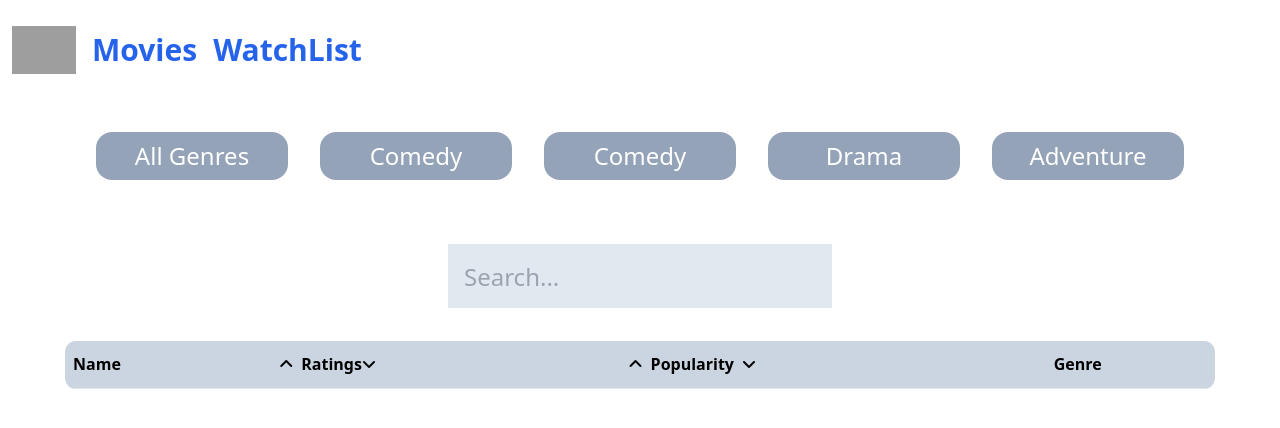
Repository: Aakash20bhatt/LearnReact
Page: /watchlist (app in moviesApp/)
These files come from the project's save history. The page is drawn as it stood at one moment and after the next save; the edit follows.
The browser window is 1280 px wide. The pictures show the whole page.
Pictures or frames that could not be fetched are drawn as grey boxes. Some web libraries are served in a nearby version. The project was rebuilt for these pictures with package versions that can differ from the ones it lists, and the page was loaded fresh each time. Also part of the build but not shown: moviesApp/vite.config.js, moviesApp/src/App.css, moviesApp/src/Components/Banner.jsx, moviesApp/src/Components/MovieCard.jsx, moviesApp/src/Components/Pagination.jsx, moviesApp/src/Components/Movies.jsx.

Above is the page before, as saved 2024-08-07 22:11:06.

### moviesApp/index.html
<!doctype html>
<html lang="en">
  <head>
    <meta charset="UTF-8" />
    <link rel="icon" type="image/svg+xml" href="/vite.svg" />
    <meta name="viewport" content="width=device-width, initial-scale=1.0" />
    <title>Movies recommendation</title>
    <link rel="stylesheet" href="https://cdnjs.cloudflare.com/ajax/libs/font-awesome/6.6.0/css/all.min.css" integrity="sha512-Kc323vGBEqzTmouAECnVceyQqyqdsSiqLQISBL29aUW4U/M7pSPA/gEUZQqv1cwx4OnYxTxve5UMg5GT6L4JJg==" crossorigin="anonymous" referrerpolicy="no-referrer" />
  </head>
  <body>
    <div id="root"></div>
    <script type="module" src="/src/main.jsx"></script>
  </body>
</html>

### moviesApp/src/App.jsx
import { useState } from 'react'

import './App.css'
import Watchlist from './Components/Watchlist'
import Navbar from './Components/Navbar'
import Banner from './Components/Banner'
import Movies from './Components/Movies'
import Pagination from './Components/Pagination'
import { BrowserRouter, Routes, Route } from 'react-router-dom'

function App() {
  const [watchList,setWatchList] = useState(
    JSON.parse(localStorage.getItem('watchList'))||[]
  );

  const addToWatchList = (movieToAdd)=>{
    const newWatchList = [...watchList,movieToAdd]
    setWatchList(newWatchList);
  }

  const removeFromWatchList = (movieToRemove)=>{
      const filteredWatchList = watchList.filter((movieObj) => movieObj.id !== movieToRemove.id);
      setWatchList(filteredWatchList);
  }

  return (
    <BrowserRouter>
      <Navbar/>
      <Routes>
        <Route path='/' element={
          <>
            <Banner/>
            <Movies
            watchList={watchList}
            addToWatchList={addToWatchList}
            removeFromWatchList={removeFromWatchList}
            />
          </>
        }></Route>

        <Route path='/watchlist' element={
          <Watchlist
          movies={watchList}
          addToWatchList={addToWatchList}
          removeFromWatchList={removeFromWatchList}
          />
        }></Route>
      </Routes>
    </BrowserRouter>
  )
}

export default App

### moviesApp/src/index.css
@tailwind base;
@tailwind components;
@tailwind utilities;

*{
  margin: 0;
  padding:0;
  box-sizing: border-box;
}

### moviesApp/src/Components/Watchlist.jsx
import { BASE_URL } from "../utils/common";
import { GENRES_ID_MAPPING } from "../utils/common";

export default function Watchlist({movies,removeFromWatchList}){
    let genres = ["All Genres", "Comedy", "Comedy", "Drama","Adventure"];

    return(
        <div className="flex flex-col items-center justify-center">
            <div className="flex w-[90%] my-8 justify-evenly">
                {
                    genres.map((genre,index)=>{
                        return <div key={index} className="cursor-pointer text-2xl rounded-2xl text-white h-[3rem] w-[12rem] bg-slate-400 flex items-center justify-center">
                            {genre}
                        </div>
                    })
                }
            </div>
            <input placeholder="Search..." className="h-[4rem] p-4 w-[24rem] my-8 text-2xl bg-slate-200 outline-none" />
            <table className="rounded-xl border w-[90%] overflow-hidden">
                <thead className="bg-slate-300 h-12 rounded-lg">
                    <tr className="border-b-2 text-left">
                        <th className="p-2">Name</th>
                        <th>
                            <i className="fa-solid fa-angle-up mr-2"></i>
                            Ratings
                            <i className="fa-solid fa-angle-down mr-2"></i>
                        </th>
                        <th>
                            <i className="fa-solid fa-angle-up mr-2"></i>
                            Popularity
                            <i className="fa-solid fa-angle-down ml-2"></i>
                        </th>
                        <th>Genre</th>
                        <th></th>
                    </tr>
                </thead>
                <tbody>
                    {movies.map((movie)=>{
                        return (
                            <tr key={movie.id} className="border-2	hover:bg-slate-100">
                                <td className="flex m-4 gap-8 items-center">
                                    <img className="h-32 w-36 rounded-lg"
                                        src={BASE_URL + movie.backdrop_path}
                                        alt="poster" />
                                        {movie.title}
                                </td>
                                <td className="p-4">{movie.vote_average}</td>
                                <td className="p-4">{movie.popularity}</td>
                                <td className="p-4">{GENRES_ID_MAPPING[movie.genre_ids[0]]}</td>
                                <td onClick={()=>removeFromWatchList(movie)} className="text-rose-600 cursor-pointer p-4">
                                    <i className="fa-solid fa-trash"></i>
                                </td>
                            </tr>
                        )
                    })}
                </tbody>
            </table>
        </div>
    )
}

### moviesApp/src/Components/Navbar.jsx
import {Link} from 'react-router-dom'

export default function Navbar(){
    return(
        <div className="flex items-center pl-3 py-4">
            <img className="h-12 "src="https://cdn-icons-png.flaticon.com/512/2503/2503508.png" alt="" />
            <Link className="m-4 text-blue-600 text-3xl font-bold" to="/">Movies</Link>
            <Link className="text-blue-600 text-3xl font-bold" to="/watchlist" >WatchList</Link>
        </div>
    )
}

### moviesApp/src/utils/common.js
export const BASE_URL = "https://image.tmdb.org/t/p/original/"

export const GENRES_ID_MAPPING = {
    28: "Action",
    12: "Adventure",
    16: "Animation",
    35: "Comedy",
    80: "Crime",
    99: "Documentary",
    18: "Drama",
    10751: "Family",
    14: "Fantasy",
    36: "History",
    27: "Horror",
    10402: "Music",
    9648: "Mystery",
    10749: "Romance",
    878: "Science Fiction",
    10770: "TV Movie",
    53: "Thriller",
    10752: "War",
    37: "Western",
}

Loaded but not shown: moviesApp/src/main.jsx (common file); moviesApp/tailwind.config.js (common file)

After the next save:
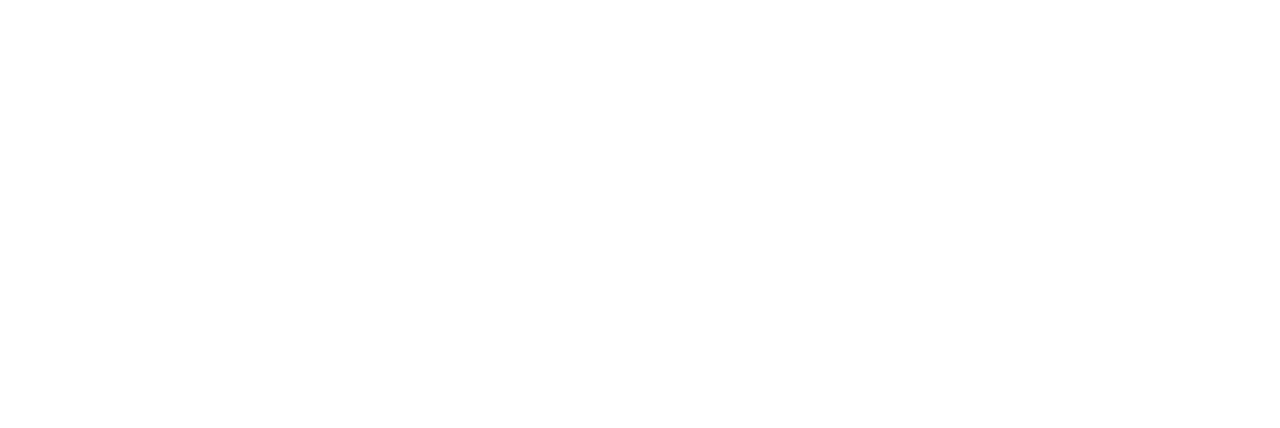
Console error: ReferenceError: useState is not defined
Saved 23 min 9 s later.
--- a/moviesApp/src/Components/Watchlist.jsx
+++ b/moviesApp/src/Components/Watchlist.jsx
@@ -1,8 +1,17 @@
+import { useEffect } from "react";
 import { BASE_URL } from "../utils/common";
 import { GENRES_ID_MAPPING } from "../utils/common";
 
 export default function Watchlist({movies,removeFromWatchList}){
-    let genres = ["All Genres", "Comedy", "Comedy", "Drama","Adventure"];
+    const [genres,setGenres] = useState(["All Genres"]);
+
+    useEffect(()=>{
+        const genreList = movies.map((movieObj)=>{
+            return GENRES_ID_MAPPING[[movieObj.genre_ids[0]]];
+        });
+        const uniqueGenreList = new Set(genreList);
+        setGenres("All Genres",...uniqueGenreList)
+    },[])
 
     return(
         <div className="flex flex-col items-center justify-center">

After the 5 saves that followed:
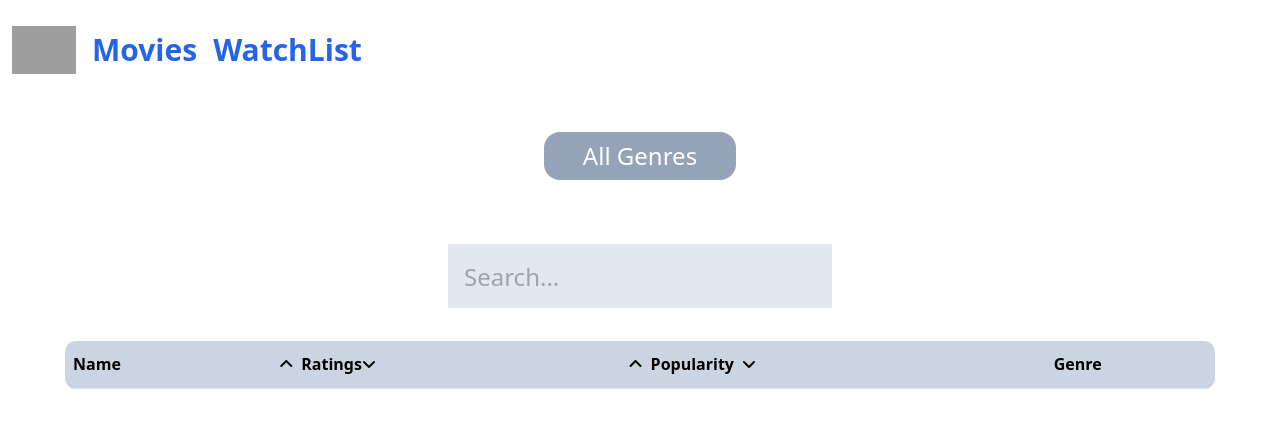
The error is gone.
The 5 saves are shown as one change because 4 left the picture as it was.
The last was saved 8 min 42 s later.
--- a/moviesApp/src/Components/Watchlist.jsx
+++ b/moviesApp/src/Components/Watchlist.jsx
@@ -1,17 +1,17 @@
-import { useEffect } from "react";
-import { BASE_URL } from "../utils/common";
-import { GENRES_ID_MAPPING } from "../utils/common";
+import { useEffect, useState } from "react";
+import {  } from "../utils/common";
+import { GENRES_ID_MAPPING, ALL_GENRES, BASE_URL } from "../utils/common";
 
 export default function Watchlist({movies,removeFromWatchList}){
-    const [genres,setGenres] = useState(["All Genres"]);
+    const [genres,setGenres] = useState([ALL_GENRES]);
 
     useEffect(()=>{
         const genreList = movies.map((movieObj)=>{
-            return GENRES_ID_MAPPING[[movieObj.genre_ids[0]]];
+            return GENRES_ID_MAPPING[movieObj.genre_ids[0]];
         });
         const uniqueGenreList = new Set(genreList);
-        setGenres("All Genres",...uniqueGenreList)
-    },[])
+        setGenres([ALL_GENRES,...uniqueGenreList])
+    },[movies])
 
     return(
         <div className="flex flex-col items-center justify-center">
--- a/moviesApp/src/utils/common.js
+++ b/moviesApp/src/utils/common.js
@@ -21,3 +21,5 @@
     10752: "War",
     37: "Western",
 }
+
+export const ALL_GENRES = "All Genres";
